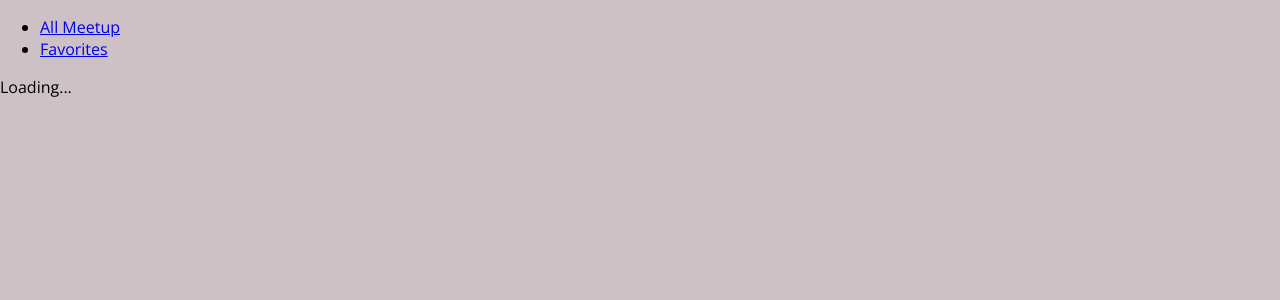
Repository: WaiMaungMaung/second
Page: /
These files come from the project's save history. The page is drawn as it stood at one moment and after the next save; the edit follows.
The browser window is 1280 px wide. The pictures show the whole page.
The page's requests for data from a server got no answer. The project was rebuilt for these pictures with package versions that can differ from the ones it lists, and the page was loaded fresh each time. A package was used in the major version that the imports need, not the one package.json lists. No one was signed in, and anything a server would have sent is missing. Also part of the build but not shown: src/pages/NewMeetup.js. Imported but missing from the stored project, and not drawn on this page: src/components/meetups/MeetupList, src/pages/Favorites.

Above is the page before, as saved 2022-04-19 13:04:45.

### src/index.css
@import url("https://fonts.googleapis.com/css2?family=Open+Sans:wght@400;700&display=swap");

* {
  box-sizing: border-box;
}

body {
  font-family: "Open Sans", sans-serif;
  margin: 0;
  background-color: #cec1c6;
}

h1 {
  font-size: 2.5rem;
  color: #2c292b;
}

h2 {
  font-size: 1.5rem;
  color: #2c292b;
}

### src/App.js
import { Route, Switch } from "react-router-dom";

import AllMeetupsPage from "./pages/AllMeetups";
import NewMeetupPage from "./pages/NewMeetup";
import FavoritesPage from "./pages/Favorites";
import MainNavigation from "./components/layout/MainNavigation";

function App() {
  return (
    <div>
      <MainNavigation />

      <Switch>
        <Route path="/" exact>
          <AllMeetupsPage />
        </Route>
        <Route path="/new-meetup">
          <NewMeetupPage />
        </Route>
        <Route path="/favorites">
          <FavoritesPage />
        </Route>
      </Switch>
    </div>
  );
}

export default App;

### src/pages/AllMeetups.js
import MeetupList from "../components/meetups/MeetupList";
import { useState, useEffect } from "react";

function AllMeetupsPage() {
  const [isLoading, setIsLoading] = useState(true);
  const [loadedMeetup, setLoadedMeetups] = useState([]);
  useEffect(() => {
    setIsLoading(true);
    fetch(
      "https://react-base-7a7c4-default-rtdb.asia-southeast1.firebasedatabase.app/meetups.json"
    )
      .then((response) => {
        return response.json();
      })
      .then((data) => {
        const meetups = [];
        for (const key in data) {
          const meetup = {
            id: key,
            ...data[key],
          };
          meetups.push(meetup);
        }

        setIsLoading(false);
        setLoadedMeetups(meetups);
      });
  }, []);

  if (isLoading) {
    return (
      <section>
        <p>Loading...</p>
      </section>
    );
  }
  return (
    <div>
      <h1>All Meet Up Page</h1>
      <MeetupList meetups={loadedMeetup} />
    </div>
  );
}
export default AllMeetupsPage;

### src/components/layout/MainNavigation.js
import { Link } from "react-router-dom";

function MainNavigation() {
  return (
    <header>
      <div>
        <nav>
          <ul>
            <li>
              <Link to="/">All Meetup</Link>
            </li>
            <li>
              <Link to="/favorites">Favorites</Link>
            </li>
          </ul>
        </nav>
      </div>
    </header>
  );
}
export default MainNavigation;

Loaded but not shown: public/index.html (common file); src/index.js (common file)

After the next save:
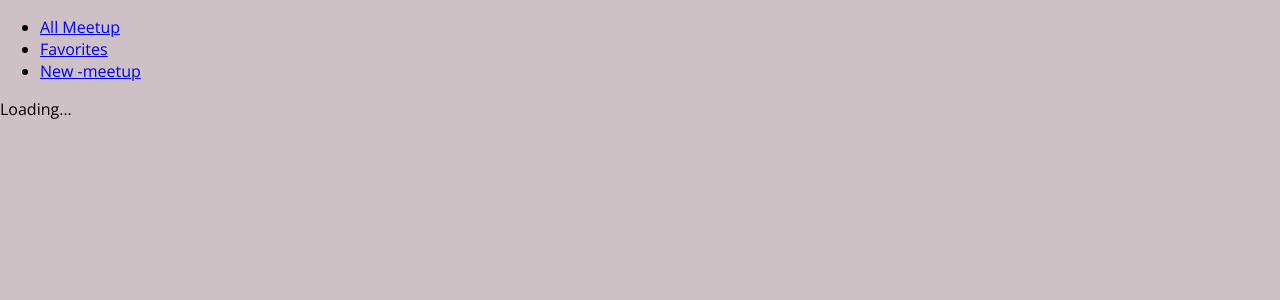
Saved 70 s later.
--- a/src/components/layout/MainNavigation.js
+++ b/src/components/layout/MainNavigation.js
@@ -12,6 +12,9 @@ function MainNavigation() {
             <li>
               <Link to="/favorites">Favorites</Link>
             </li>
+            <li>
+              <Link to="/new-meetup">New -meetup</Link>
+            </li>
           </ul>
         </nav>
       </div>
